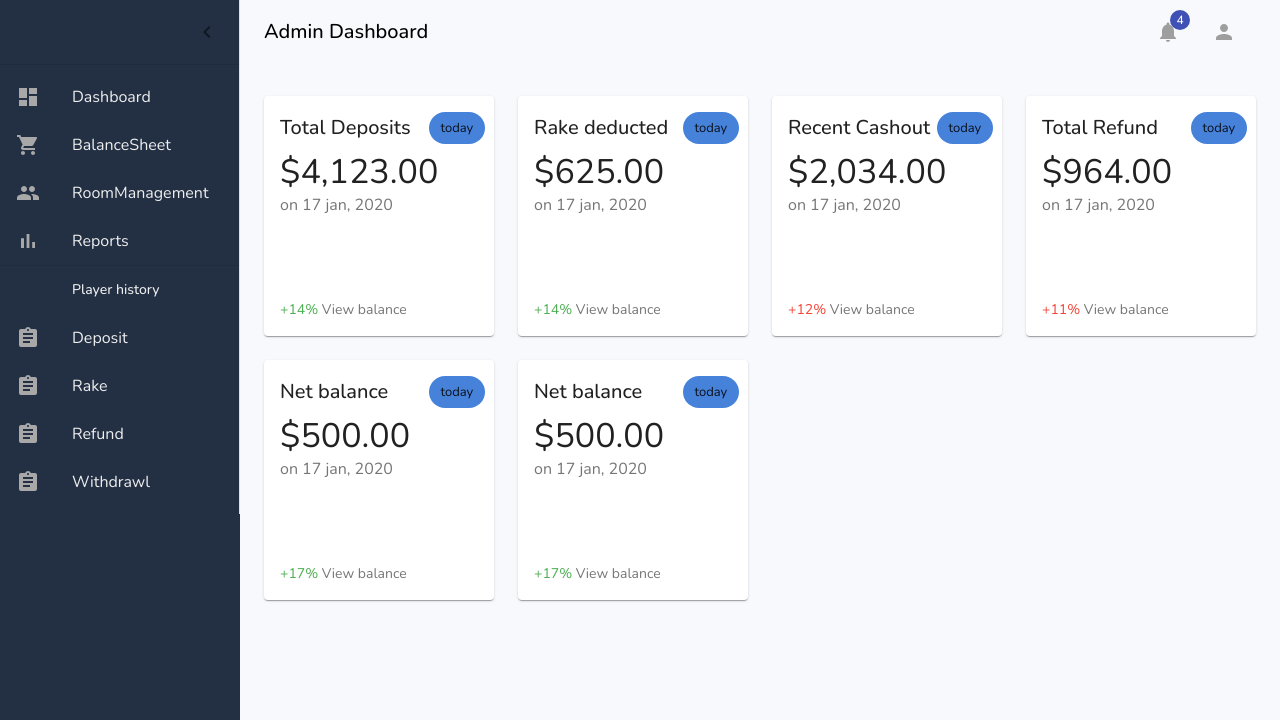
Repository: imayankbisht/ludofrontend
Page: /Dashboard
An editor plug-in stored every save of this project. The page is shown before and after the next save, followed by the edit.
The browser window is 1280 px wide. The pictures show the whole page.
The project was rebuilt for these pictures with package versions that can differ from the ones it lists, and the page was loaded fresh each time. Also part of the build but not shown: src/Components/UserControl.js, src/services/apiCall.js, src/Components/UserTable.js, src/Components/UserManagement.js, src/axios.js, src/Components/login.js, src/Components/UserForm.js, src/Components/EditForm.js.

Above is the page before, as saved 2021-01-19 16:55:35.

After the next save:
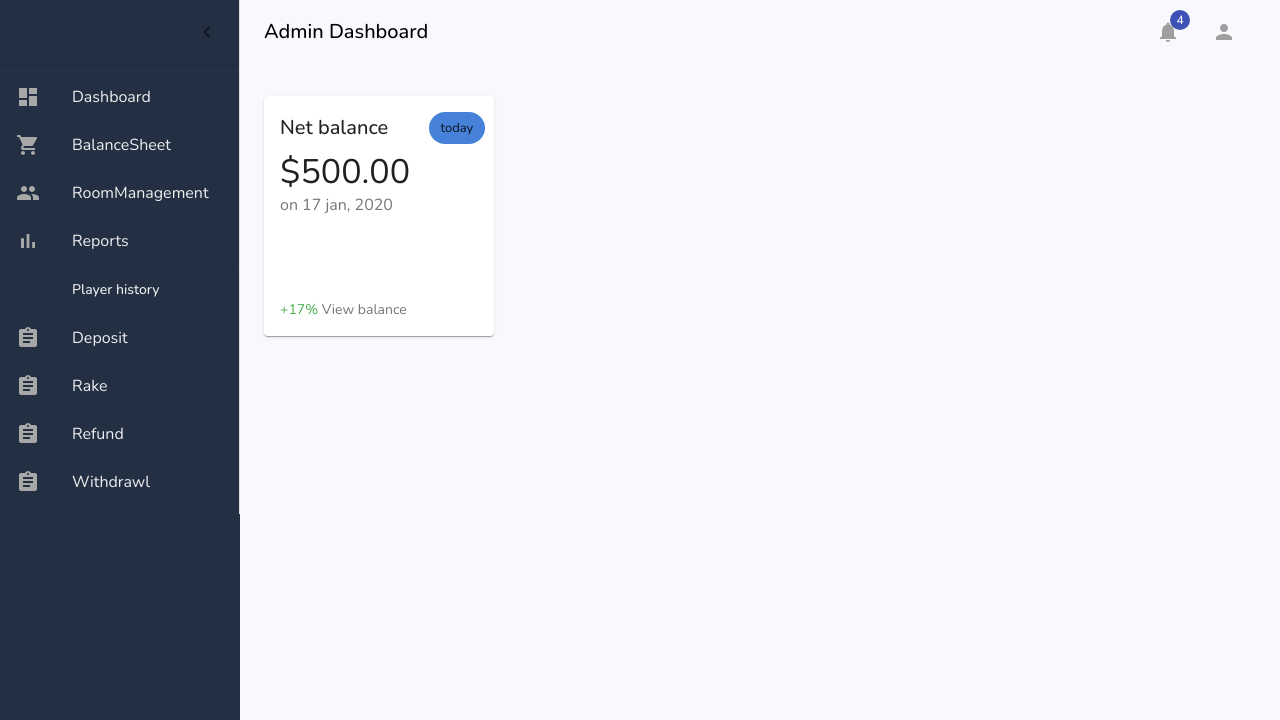
Saved 6 s later.
--- a/src/Components/Dashboard.js
+++ b/src/Components/Dashboard.js
@@ -266,7 +266,7 @@ const useStyles = makeStyles((theme) => ({
         <Container maxWidth="lg" className={classes.container}>
           <Grid container spacing={3}>
 
-            <Grid item xs={12} md={4} lg={3}>
+            {/* <Grid item xs={12} md={4} lg={3}>
               <Paper className={fixedHeightPaper}>
                 <Deposits />
               </Paper>
@@ -292,7 +292,7 @@ const useStyles = makeStyles((theme) => ({
               <Paper className={fixedHeightPaper}>
                 <Netbalance />
               </Paper>
-            </Grid>
+            </Grid> */}
             <Grid item xs={12} md={4} lg={3}>
               <Paper className={fixedHeightPaper}>
                 <Netbalance />
